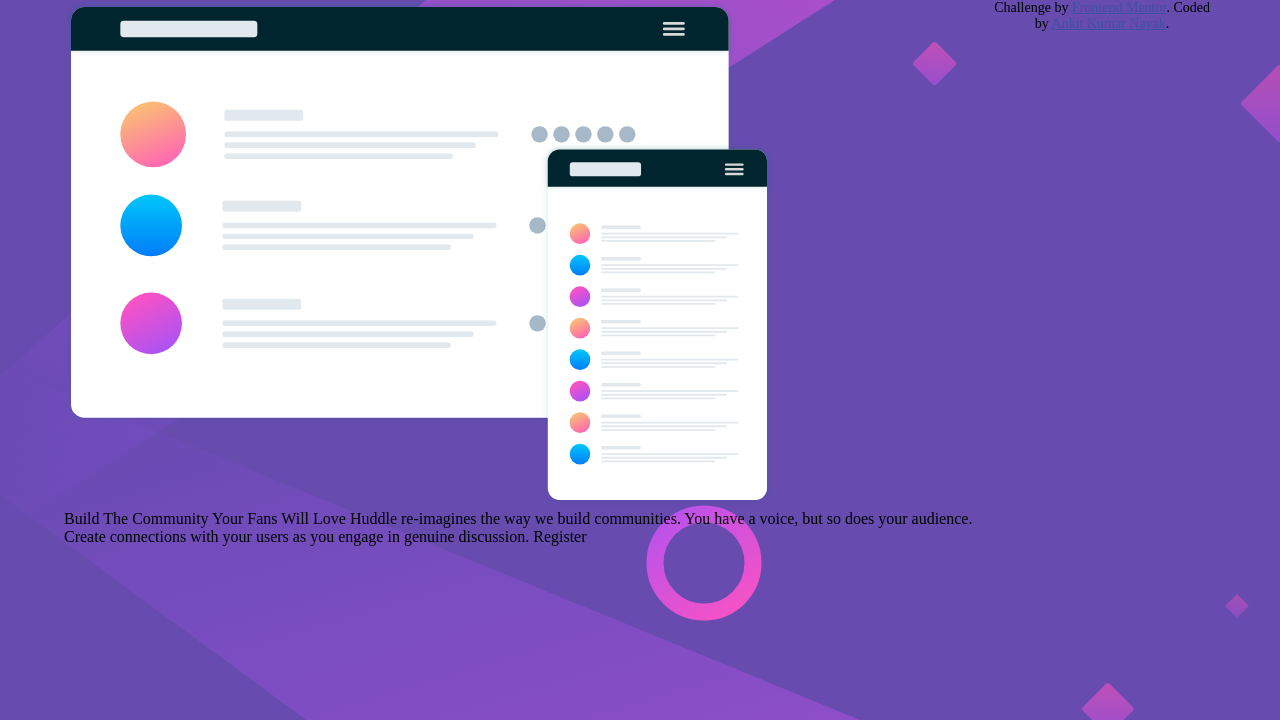
Repository: ankitnayak09/FrontEndMentor-Solutions
Page: huddle-landing-page-with-single-introductory-section-master/index.html
These files come from the project's save history. The page is drawn as it stood at one moment and after the next save; the edit follows.
The browser window is 1280 px wide. The pictures show the whole page.

Above is the page before, as saved 2021-07-07 18:26:00.

### huddle-landing-page-with-single-introductory-section-master/index.html
<!DOCTYPE html>
<html lang="en">

<head>
  <meta charset="UTF-8">
  <meta name="viewport" content="width=device-width, initial-scale=1.0">
  <!-- displays site properly based on user's device -->

  <link rel="icon" type="image/png" sizes="32x32" href="./images/favicon-32x32.png">

  <title>Frontend Mentor | Huddle landing page with single introductory section</title>

  <!-- Feel free to remove these styles or customise in your own stylesheet 👍 -->
  <style>
    .attribution {
      font-size: 14px;
      text-align: center;
    }

    .attribution a {
      color: hsl(228, 45%, 44%);
    }
  </style>
  <link rel="stylesheet" href="style.css">
</head>

<body>
  <div class="container">
    <main>
    <div class="right-col">
      <img src="images/illustration-mockups.svg" alt="">
    </div>
    <div class="left-col">
      Build The Community Your Fans Will Love

      Huddle re-imagines the way we build communities. You have a voice, but so does your audience.
      Create connections with your users as you engage in genuine discussion.

      Register
    </div>
  </main>
    <footer>
      <p class="attribution">
        Challenge by <a href="https://www.frontendmentor.io?ref=challenge" target="_blank">Frontend Mentor</a>.
        Coded by <a href="https://github.com/ankitnayak09">Ankit Kumar Nayak</a>.
      </p>
    </footer>
  </div>
</body>

</html>

### huddle-landing-page-with-single-introductory-section-master/style.css
* {
    margin: 0;
    padding: 0;
    box-sizing: border-box;
}

.container {
    height: 100vh;
    width: 100vw;
    margin: auto;
    background-image: url(images/bg-desktop.svg);
    background-color: hsl(257, 40%, 49%);
    padding: 0 5%;
    display: flex;
}


@media only screen and (max-width:375px) {

}

After the next save:
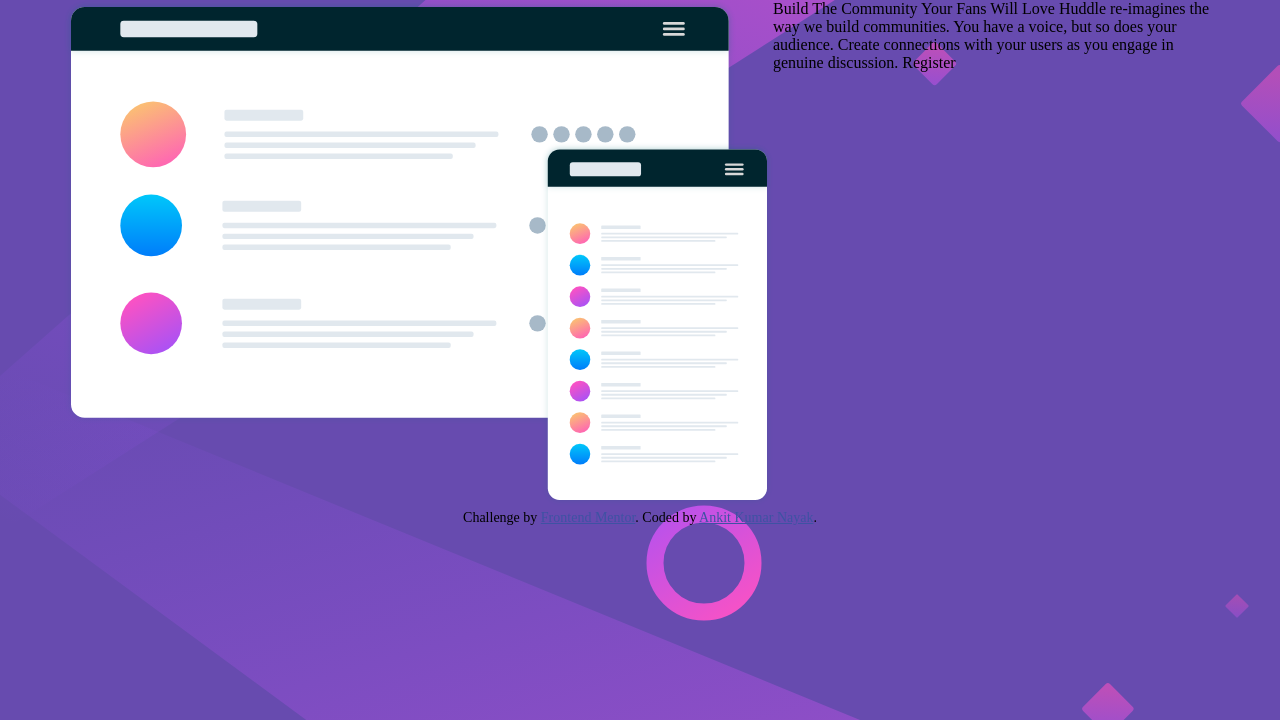
Saved 11 s later.
--- a/huddle-landing-page-with-single-introductory-section-master/style.css
+++ b/huddle-landing-page-with-single-introductory-section-master/style.css
@@ -11,6 +11,8 @@
     background-image: url(images/bg-desktop.svg);
     background-color: hsl(257, 40%, 49%);
     padding: 0 5%;
+}
+main {
     display: flex;
 }
 
